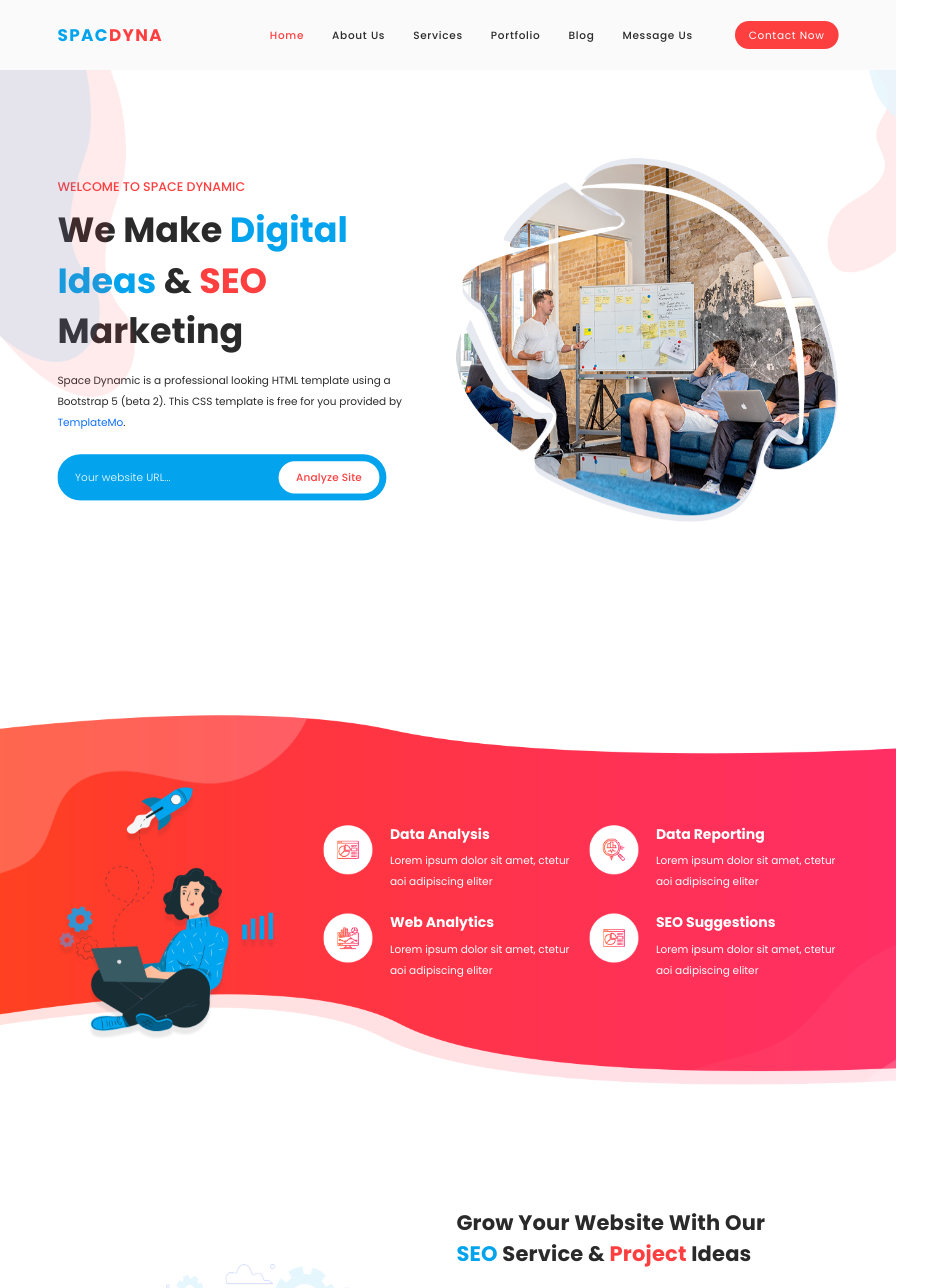
Repository: vijayholve/SpacDyna
Page: index.html
The author's editor kept a copy of each file at every save. The page is drawn from the files as they stood at one save, then again after a run of saves.
The browser window is 1280 px wide. The page is 1280 px wide, then 1347 px, then 1280 px, so the pictures cover 1347 px, including what lies to the right of the window. The pictures show the part of the page from y = 0 to 1840 px (the page is 4825 px tall before and 4479 px after), at 70% of full size.

Above is the page before, as saved 2024-11-11 15:11:26.

### index.html
<!DOCTYPE html>
<html lang="en">

  <head>

    <meta charset="UTF-8">
    <meta name="viewport" content="width=device-width, initial-scale=1, shrink-to-fit=no">
    <meta name="description" content="">
    <meta name="author" content="">
    <link rel="preconnect" href="https://fonts.gstatic.com">
    <link href="https://fonts.googleapis.com/css2?family=Poppins:wght@100;200;300;400;500;600;700;800;900&display=swap" rel="stylesheet">

    <title>Space Dynamic - SEO HTML5 Template</title>

    <!-- Bootstrap core CSS -->
    <link href="vendor/bootstrap/css/bootstrap.min.css" rel="stylesheet">

    <!-- Additional CSS Files -->
    <link rel="stylesheet" href="assets/css/fontawesome.css">
    <link rel="stylesheet" href="assets/css/templatemo-space-dynamic.css">
    <link rel="stylesheet" href="assets/css/animated.css">
    <link rel="stylesheet" href="assets/css/owl.css">
<!--

TemplateMo 562 Space Dynamic

https://templatemo.com/tm-562-space-dynamic

-->
  </head>

<body>



  <!-- ***** Header Area Start ***** -->
  <header class="header-area header-sticky wow slideInDown" data-wow-duration="0.75s" data-wow-delay="0s">
    <div class="container">
      <div class="row">
        <div class="col-12">
          <nav class="main-nav">
            <!-- ***** Logo Start ***** -->
            <a href="index.html" class="logo">
              <h4>Spac<span>Dyna</span></h4>
            </a>
            <!-- ***** Logo End ***** -->
            <!-- ***** Menu Start ***** -->
            <ul class="nav">
              <li class="scroll-to-section"><a href="#top" class="active">Home</a></li>
              <li class="scroll-to-section"><a href="#about">About Us</a></li>
              <li class="scroll-to-section"><a href="#services">Services</a></li>
              <li class="scroll-to-section"><a href="#portfolio">Portfolio</a></li>
              <li class="scroll-to-section"><a href="#blog">Blog</a></li>
              <li class="scroll-to-section"><a href="#contact">Message Us</a></li>
              <li class="scroll-to-section"><div class="main-red-button"><a href="#contact">Contact Now</a></div></li>
            </ul>
            <a class='menu-trigger'>
                <span>Menu</span>
            </a>
            <!-- ***** Menu End ***** -->
          </nav>
        </div>
      </div>
    </div>
  </header>
  <!-- ***** Header Area End ***** -->

  <div class="main-banner wow fadeIn" id="top" data-wow-duration="1s" data-wow-delay="0.5s">
    <div class="container">
      <div class="row">
        <div class="col-lg-12">
          <div class="row">
            <div class="col-lg-6 align-self-center">
              <div class="left-content header-text wow fadeInLeft" data-wow-duration="1s" data-wow-delay="1s">
                <h6>Welcome to Space Dynamic</h6>
                <h2>We Make <em>Digital Ideas</em> &amp; <span>SEO</span> Marketing</h2>
                <p>Space Dynamic is a professional looking HTML template using a Bootstrap 5 (beta 2). This CSS template is free for you provided by <a rel="nofollow" href="https://templatemo.com/page/1" target="_parent">TemplateMo</a>.</p>
                <form id="search" action="#" method="GET">
                  <fieldset>
                    <input type="address" name="address" class="email" placeholder="Your website URL..." autocomplete="on" required>
                  </fieldset>
                  <fieldset>
                    <button type="submit" class="main-button">Analyze Site</button>
                  </fieldset>
                </form>
              </div>
            </div>
            <div class="col-lg-6">
              <div class="right-image wow fadeInRight" data-wow-duration="1s" data-wow-delay="0.5s">
                <img src="assets/images/banner-right-image.png" alt="team meeting">
              </div>
            </div>
          </div>
        </div>
      </div>
    </div>
  </div>

  <div id="about" class="about-us section">
    <div class="container">
      <div class="row">
        <div class="col-lg-4">
          <div class="left-image wow fadeIn" data-wow-duration="1s" data-wow-delay="0.2s">
            <img src="assets/images/about-left-image.png" alt="person graphic">
          </div>
        </div>
        <div class="col-lg-8 align-self-center">
          <div class="services">
            <div class="row">
              <div class="col-lg-6">
                <div class="item wow fadeIn" data-wow-duration="1s" data-wow-delay="0.5s">
                  <div class="icon">
                    <img src="assets/images/service-icon-01.png" alt="reporting">
                  </div>
                  <div class="right-text">
                    <h4>Data Analysis</h4>
                    <p>Lorem ipsum dolor sit amet, ctetur aoi adipiscing eliter</p>
                  </div>
                </div>
              </div>
              <div class="col-lg-6">
                <div class="item wow fadeIn" data-wow-duration="1s" data-wow-delay="0.7s">
                  <div class="icon">
                    <img src="assets/images/service-icon-02.png" alt="">
                  </div>
                  <div class="right-text">
                    <h4>Data Reporting</h4>
                    <p>Lorem ipsum dolor sit amet, ctetur aoi adipiscing eliter</p>
                  </div>
                </div>
              </div>
              <div class="col-lg-6">
                <div class="item wow fadeIn" data-wow-duration="1s" data-wow-delay="0.9s">
                  <div class="icon">
                    <img src="assets/images/service-icon-03.png" alt="">
                  </div>
                  <div class="right-text">
                    <h4>Web Analytics</h4>
                    <p>Lorem ipsum dolor sit amet, ctetur aoi adipiscing eliter</p>
                  </div>
                </div>
              </div>
              <div class="col-lg-6">
                <div class="item wow fadeIn" data-wow-duration="1s" data-wow-delay="1.1s">
                  <div class="icon">
                    <img src="assets/images/service-icon-04.png" alt="">
                  </div>
                  <div class="right-text">
                    <h4>SEO Suggestions</h4>
                    <p>Lorem ipsum dolor sit amet, ctetur aoi adipiscing eliter</p>
                  </div>
                </div>
              </div>
            </div>
          </div>
        </div>
      </div>
    </div>
  </div>

  <div id="services" class="our-services section">
    <div class="container">
      <div class="row">
        <div class="col-lg-6 align-self-center  wow fadeInLeft" data-wow-duration="1s" data-wow-delay="0.2s">
          <div class="left-image">
            <img src="assets/images/services-left-image.png" alt="">
          </div>
        </div>
        <div class="col-lg-6 wow fadeInRight" data-wow-duration="1s" data-wow-delay="0.2s">
          <div class="section-heading">
            <h2>Grow your website with our <em>SEO</em> service &amp; <span>Project</span> Ideas</h2>
            <p>Space Dynamic HTML5 template is free to use for your website projects. However, you are not permitted to redistribute the template ZIP file on any CSS template collection websites. Please contact us for more information. Thank you for your kind cooperation.</p>
          </div>
          <div class="row">
            <div class="col-lg-12">
              <div class="first-bar progress-skill-bar">
                <h4>Website Analysis</h4>
                <span>84%</span>
                <div class="filled-bar"></div>
                <div class="full-bar"></div>
              </div>
            </div>
            <div class="col-lg-12">
              <div class="second-bar progress-skill-bar">
                <h4>SEO Reports</h4>
                <span>88%</span>
                <div class="filled-bar"></div>
                <div class="full-bar"></div>
              </div>
            </div>
            <div class="col-lg-12">
              <div class="third-bar progress-skill-bar">
                <h4>Page Optimizations</h4>
                <span>94%</span>
                <div class="filled-bar"></div>
                <div class="full-bar"></div>
              </div>
            </div>
          </div>
        </div>
      </div>
    </div>
  </div>

  <div id="portfolio" class="our-portfolio section">
    <div class="container">
      <div class="row">
        <div class="col-lg-6 offset-lg-3">
          <div class="section-heading  wow bounceIn" data-wow-duration="1s" data-wow-delay="0.2s">
            <h2>See What Our Agency <em>Offers</em> &amp; What We <span>Provide</span></h2>
          </div>
        </div>
      </div>
      <div class="row">
        <div class="col-lg-3 col-sm-6">
          <a href="#">
            <div class="item wow bounceInUp" data-wow-duration="1s" data-wow-delay="0.3s">
              <div class="hidden-content">
                <h4>SEO Analysis</h4>
                <p>Lorem ipsum dolor sit ameti ctetur aoi adipiscing eto.</p>
              </div>
              <div class="showed-content">
                <img src="assets/images/portfolio-image.png" alt="">
              </div>
            </div>
          </a>
        </div>
        <div class="col-lg-3 col-sm-6">
          <a href="#">
            <div class="item wow bounceInUp" data-wow-duration="1s" data-wow-delay="0.4s">
              <div class="hidden-content">
                <h4>Website Reporting</h4>
                <p>Lorem ipsum dolor sit ameti ctetur aoi adipiscing eto.</p>
              </div>
              <div class="showed-content">
                <img src="assets/images/portfolio-image.png" alt="">
              </div>
            </div>
          </a>
        </div>
        <div class="col-lg-3 col-sm-6">
          <a href="#">
            <div class="item wow bounceInUp" data-wow-duration="1s" data-wow-delay="0.5s">
              <div class="hidden-content">
                <h4>Performance Tests</h4>
                <p>Lorem ipsum dolor sit ameti ctetur aoi adipiscing eto.</p>
              </div>
              <div class="showed-content">
                <img src="assets/images/portfolio-image.png" alt="">
              </div>
            </div>
          </a>
        </div>
        <div class="col-lg-3 col-sm-6">
          <a href="#">
            <div class="item wow bounceInUp" data-wow-duration="1s" data-wow-delay="0.6s">
              <div class="hidden-content">
                <h4>Data Analysis</h4>
                <p>Lorem ipsum dolor sit ameti ctetur aoi adipiscing eto.</p>
              </div>
              <div class="showed-content">
                <img src="assets/images/portfolio-image.png" alt="">
              </div>
            </div>
          </a>
        </div>
      </div>
    </div>
  </div>

  <div id="blog" class="our-blog section">
    <div class="container">
      <div class="row">
        <div class="col-lg-6 wow fadeInDown" data-wow-duration="1s" data-wow-delay="0.25s">
          <div class="section-heading">
            <h2>Check Out What Is <em>Trending</em> In Our Latest <span>News</span></h2>
          </div>
        </div>
        <div class="col-lg-6 wow fadeInDown" data-wow-duration="1s" data-wow-delay="0.25s">
          <div class="top-dec">
            <img src="assets/images/blog-dec.png" alt="">
          </div>
        </div>
      </div>
      <div class="row">
        <div class="col-lg-6 wow fadeInUp" data-wow-duration="1s" data-wow-delay="0.25s">
          <div class="left-image">
            <a href="#"><img src="assets/images/big-blog-thumb.jpg" alt="Workspace Desktop"></a>
            <div class="info">
              <div class="inner-content">
                <ul>
                  <li><i class="fa fa-calendar"></i> 24 Mar 2021</li>
                  <li><i class="fa fa-users"></i> TemplateMo</li>
                  <li><i class="fa fa-folder"></i> Branding</li>
                </ul>
                <a href="#"><h4>SEO Agency &amp; Digital Marketing</h4></a>
                <p>Lorem ipsum dolor sit amet, consectetur and sed doer ket eismod tempor incididunt ut labore et dolore magna...</p>
                <div class="main-blue-button">
                  <a href="#">Discover More</a>
                </div>
              </div>
            </div>
          </div>
        </div>
        <div class="col-lg-6 wow fadeInUp" data-wow-duration="1s" data-wow-delay="0.25s">
          <div class="right-list">
            <ul>
              <li>
                <div class="left-content align-self-center">
                  <span><i class="fa fa-calendar"></i> 18 Mar 2021</span>
                  <a href="#"><h4>New Websites &amp; Backlinks</h4></a>
                  <p>Lorem ipsum dolor sit amsecteturii and sed doer ket eismod...</p>
                </div>
                <div class="right-image">
                  <a href="#"><img src="assets/images/blog-thumb-01.jpg" alt=""></a>
                </div>
              </li>
              <li>
                <div class="left-content align-self-center">
                  <span><i class="fa fa-calendar"></i> 14 Mar 2021</span>
                  <a href="#"><h4>SEO Analysis &amp; Content Ideas</h4></a>
                  <p>Lorem ipsum dolor sit amsecteturii and sed doer ket eismod...</p>
                </div>
                <div class="right-image">
                  <a href="#"><img src="assets/images/blog-thumb-01.jpg" alt=""></a>
                </div>
              </li>
              <li>
                <div class="left-content align-self-center">
                  <span><i class="fa fa-calendar"></i> 06 Mar 2021</span>
                  <a href="#"><h4>SEO Tips &amp; Digital Marketing</h4></a>
                  <p>Lorem ipsum dolor sit amsecteturii and sed doer ket eismod...</p>
                </div>
                <div class="right-image">
                  <a href="#"><img src="assets/images/blog-thumb-01.jpg" alt=""></a>
                </div>
              </li>
            </ul>
          </div>
        </div>
      </div>
    </div>
  </div>

  <div id="contact" class="contact-us section">
    <div class="container">
      <div class="row">
        <div class="col-lg-6 align-self-center wow fadeInLeft" data-wow-duration="0.5s" data-wow-delay="0.25s">
          <div class="section-heading">
            <h2>Feel Free To Send Us a Message About Your Website Needs</h2>
            <p>Lorem ipsum dolor sit amet, consectetur adipiscing elit, sed doer ket eismod tempor incididunt ut labore et dolores</p>
            <div class="phone-info">
              <h4>For any enquiry, Call Us: <span><i class="fa fa-phone"></i> <a href="#">010-020-0340</a></span></h4>
            </div>
          </div>
        </div>
        <div class="col-lg-6 wow fadeInRight" data-wow-duration="0.5s" data-wow-delay="0.25s">
          <form id="contact" action="" method="post">
            <div class="row">
              <div class="col-lg-6">
                <fieldset>
                  <input type="name" name="name" id="name" placeholder="Name" autocomplete="on" required>
                </fieldset>
              </div>
              <div class="col-lg-6">
                <fieldset>
                  <input type="surname" name="surname" id="surname" placeholder="Surname" autocomplete="on" required>
                </fieldset>
              </div>
              <div class="col-lg-12">
                <fieldset>
                  <input type="text" name="email" id="email" pattern="[^ @]*@[^ @]*" placeholder="Your Email" required="">
                </fieldset>
              </div>
              <div class="col-lg-12">
                <fieldset>
                  <textarea name="message" type="text" class="form-control" id="message" placeholder="Message" required=""></textarea>
                </fieldset>
              </div>
              <div class="col-lg-12">
                <fieldset>
                  <button type="submit" id="form-submit" class="main-button ">Send Message</button>
                </fieldset>
              </div>
            </div>
            <div class="contact-dec">
              <img src="assets/images/contact-decoration.png" alt="">
            </div>
          </form>
        </div>
      </div>
    </div>
  </div>

  <footer>
    <div class="container">
      <div class="row">
        <div class="col-lg-12 wow fadeIn" data-wow-duration="1s" data-wow-delay="0.25s">
          <p>© Copyright 2021 Space Dynamic Co. All Rights Reserved.

          <br>Design: <a rel="nofollow" href="https://templatemo.com">TemplateMo</a></p>
        </div>
      </div>
    </div>
  </footer>
  <!-- Scripts -->
  <script src="vendor/jquery/jquery.min.js"></script>
  <script src="vendor/bootstrap/js/bootstrap.bundle.min.js"></script>
  <script src="assets/js/owl-carousel.js"></script>
  <script src="assets/js/animation.js"></script>
  <script src="assets/js/imagesloaded.js"></script>
  <script src="assets/js/templatemo-custom.js"></script>

</body>
</html>

Loaded but not shown: vendor/bootstrap/css/bootstrap.min.css (library); assets/css/fontawesome.css (library); assets/css/animated.css (common file); vendor/jquery/jquery.min.js (library); vendor/bootstrap/js/bootstrap.bundle.min.js (library); assets/js/owl-carousel.js (3448 lines, source omitted); assets/js/imagesloaded.js (496 lines, source omitted); assets/js/animation.js (193 lines, source omitted); assets/js/templatemo-custom.js (136 lines, source omitted); assets/css/templatemo-space-dynamic.css (1577 lines, source omitted); assets/css/owl.css (186 lines, source omitted)

After the next 2 saves:
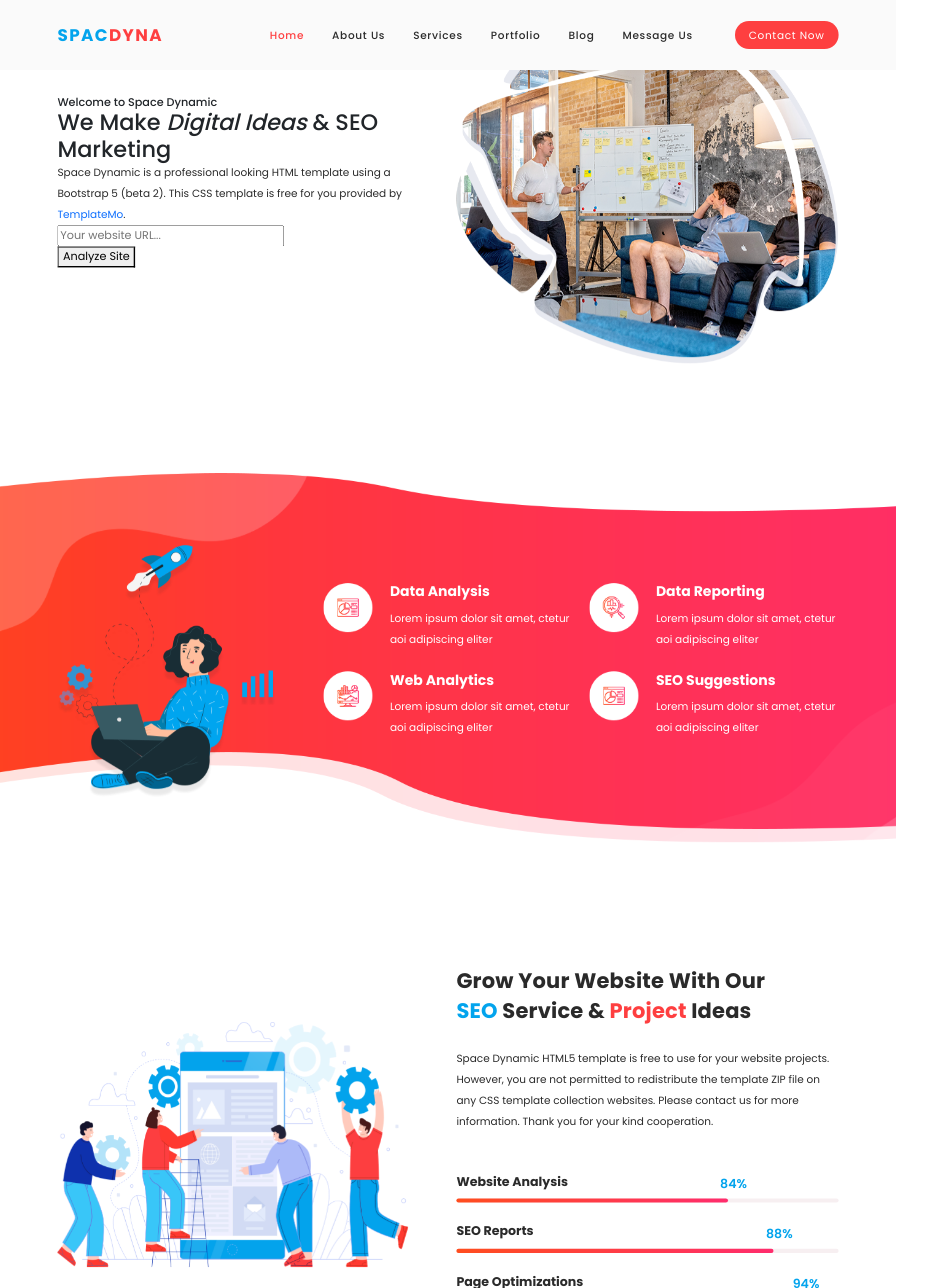
The 2 saves are shown as one change because they came seconds apart.
The last was saved 16 s later.
--- a/index.html
+++ b/index.html
@@ -65,7 +65,7 @@
   </header>
   <!-- ***** Header Area End ***** -->
 
-  <div class="main-banner wow fadeIn" id="top" data-wow-duration="1s" data-wow-delay="0.5s">
+  <div class="main-banner2-about wow fadeIn" id="top" data-wow-duration="1s" data-wow-delay="0.5s">
     <div class="container">
       <div class="row">
         <div class="col-lg-12">

After the save that followed:
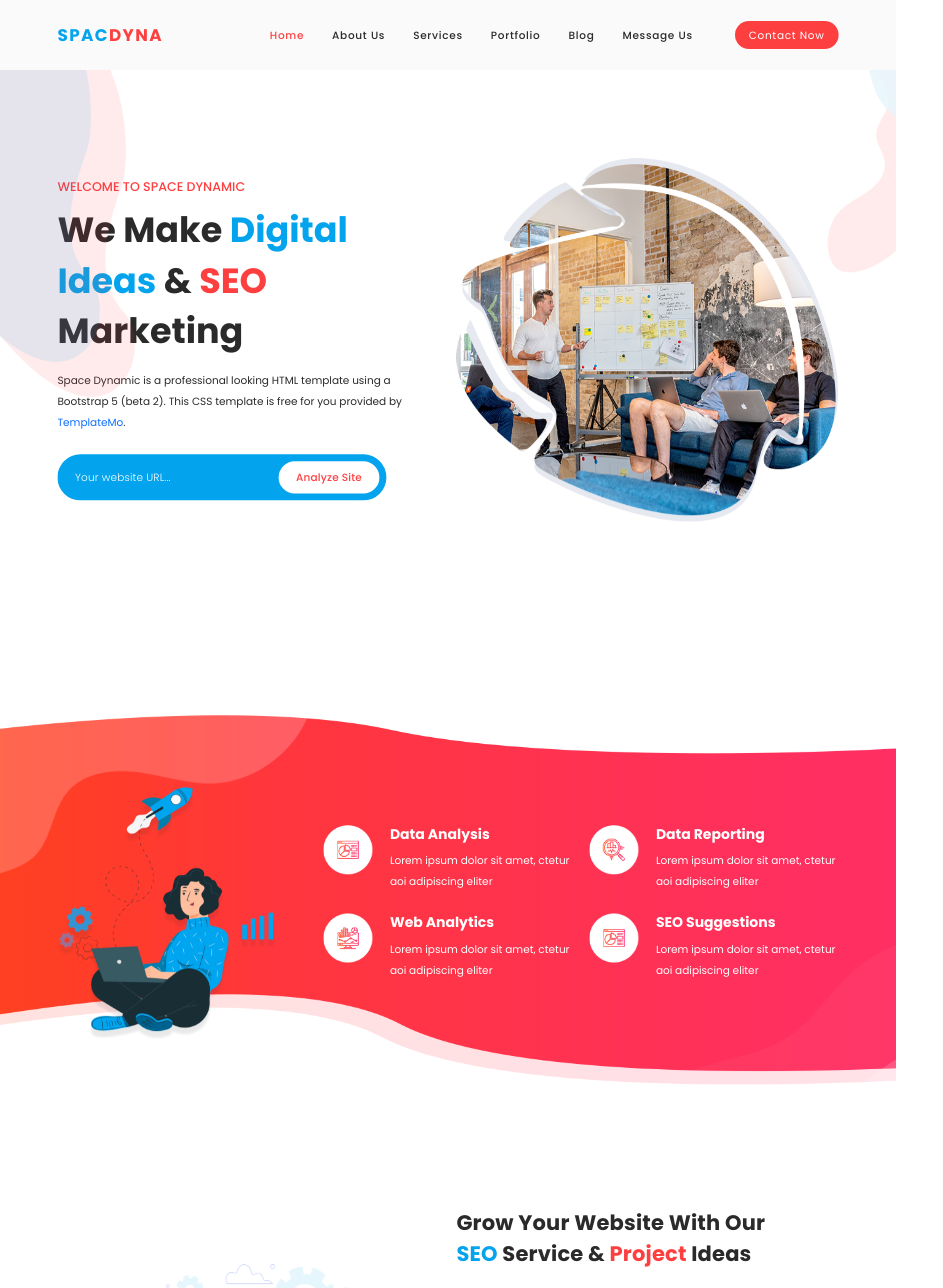
Saved 15 s later.
--- a/index.html
+++ b/index.html
@@ -31,7 +31,18 @@
 
 <body>
 
-
+  <!-- ***** Preloader Start ***** -->
+  <div id="js-preloader" class="js-preloader">
+    <div class="preloader-inner">
+      <span class="dot"></span>
+      <div class="dots">
+        <span></span>
+        <span></span>
+        <span></span>
+      </div>
+    </div>
+  </div>
+  <!-- ***** Preloader End ***** -->
 
   <!-- ***** Header Area Start ***** -->
   <header class="header-area header-sticky wow slideInDown" data-wow-duration="0.75s" data-wow-delay="0s">
@@ -65,7 +76,7 @@
   </header>
   <!-- ***** Header Area End ***** -->
 
-  <div class="main-banner2-about wow fadeIn" id="top" data-wow-duration="1s" data-wow-delay="0.5s">
+  <div class="main-banner wow fadeIn" id="top" data-wow-duration="1s" data-wow-delay="0.5s">
     <div class="container">
       <div class="row">
         <div class="col-lg-12">
